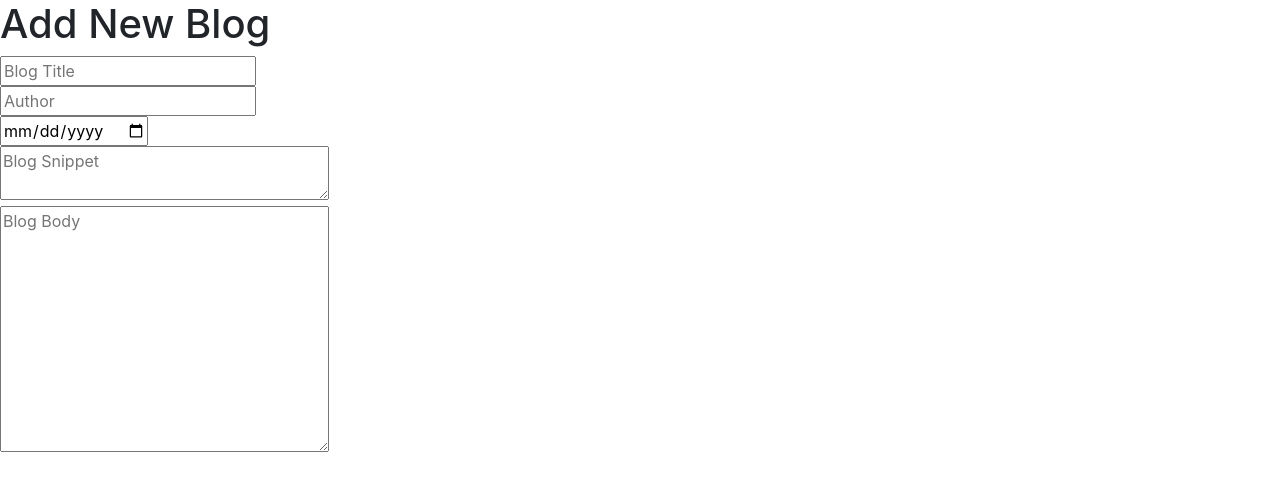
Repository: just-mann/just-blog
Page: http://localhost/add-blog
The author's editor kept a copy of each file at every save. The page is drawn from the files as they stood at one save, then again after the next save.
The browser window is 1280 px wide. The pictures show the whole page.
The page is served by the project's Node server (index.js).

Above is the page before, as saved 2022-01-29 12:10:52.

### views/add-blog.ejs
<!doctype html>
<html lang="en">
  <head>
    <title>Add New Blog</title>
    <!-- Required meta tags -->
    <meta charset="utf-8">
    <meta name="viewport" content="width=device-width, initial-scale=1, shrink-to-fit=no">

    <!-- Bootstrap CSS -->
    <link rel="stylesheet" href="https://stackpath.bootstrapcdn.com/bootstrap/4.3.1/css/bootstrap.min.css" integrity="sha384-ggOyR0iXCbMQv3Xipma34MD+dH/1fQ784/j6cY/iJTQUOhcWr7x9JvoRxT2MZw1T" crossorigin="anonymous">
  </head>
  <body>
    <div>
      <h1>Add New Blog</h1>
      <form action="/add-new-blog" method="POST">
        <div class="titleDiv">
          <input type="text" name="title" class="blog-title" placeholder="Blog Title">
        </div>
        <div class="authorDiv">
          <input type="text" name="title" class="blog-author" placeholder="Author">
        </div>
        <div class="dateDiv">
          <input type="date" name="date" class="blog-date">
        </div>
        <div class="snippetDiv">
          <textarea name="blog-snippet" id="blog-snippet" cols="30" rows="2" class="blog-snippet" placeholder="Blog Snippet"></textarea>
        </div>
        <div>
          <textarea name="blog-body" id="blog-body" cols="30" rows="10" class="blog-body" placeholder="Blog Body"></textarea>
        </div>
      </form>
    </div>

    <!-- Optional JavaScript -->
    <!-- jQuery first, then Popper.js, then Bootstrap JS -->
    <script src="https://code.jquery.com/jquery-3.3.1.slim.min.js" integrity="sha384-q8i/X+965DzO0rT7abK41JStQIAqVgRVzpbzo5smXKp4YfRvH+8abtTE1Pi6jizo" crossorigin="anonymous"></script>
    <script src="https://cdnjs.cloudflare.com/ajax/libs/popper.js/1.14.7/umd/popper.min.js" integrity="sha384-UO2eT0CpHqdSJQ6hJty5KVphtPhzWj9WO1clHTMGa3JDZwrnQq4sF86dIHNDz0W1" crossorigin="anonymous"></script>
    <script src="https://stackpath.bootstrapcdn.com/bootstrap/4.3.1/js/bootstrap.min.js" integrity="sha384-JjSmVgyd0p3pXB1rRibZUAYoIIy6OrQ6VrjIEaFf/nJGzIxFDsf4x0xIM+B07jRM" crossorigin="anonymous"></script>
  </body>
</html>

### index.js
const express = require('express');
const cors = require('cors');
const bodyParser = require('body-parser');


const app = express();

// BodyParser to tidy up the input from the form
app.use(bodyParser.urlencoded({ extended: true }));

// Setting the view engine
app.set('view engine', 'ejs');




// Get all the blogs from the database
app.get('/api/blogs', cors(), (req, res) => {
    res.send('Server is running.');
})

// Render the form that let's you add a new blog
app.get('/add-blog', (req, res) => {
    res.render('add-blog');
})


// Add new blog to the database
app.post('/add-new-blog', (req, res) => {

})







const PORT = process.env.PORT || 5000;
app.listen(PORT, () => console.log(`Server is running on port ${PORT}`))

After the next save:
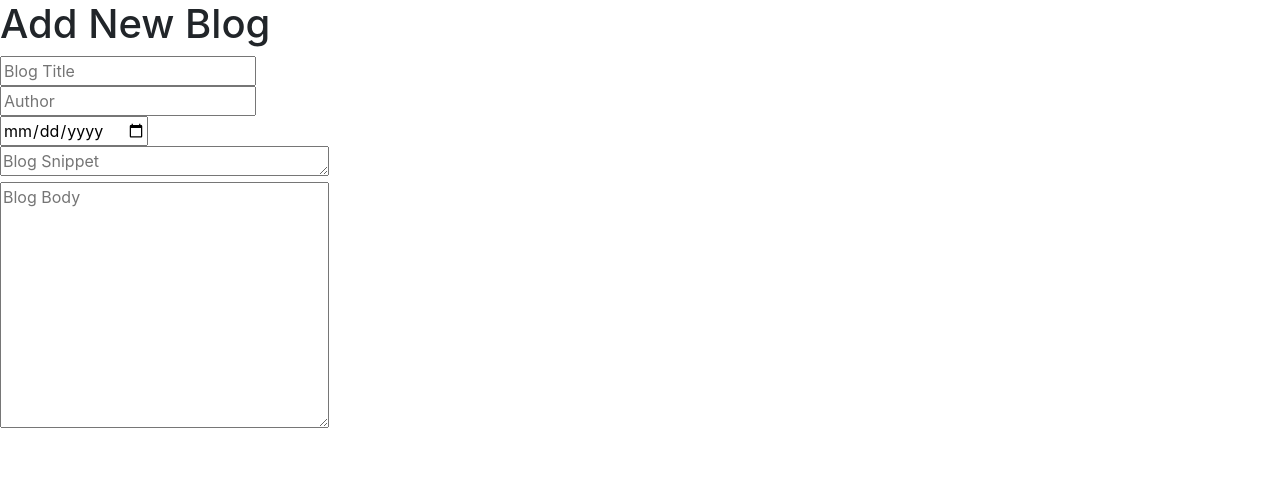
Saved 15 s later.
--- a/views/add-blog.ejs
+++ b/views/add-blog.ejs
@@ -23,7 +23,7 @@
           <input type="date" name="date" class="blog-date">
         </div>
         <div class="snippetDiv">
-          <textarea name="blog-snippet" id="blog-snippet" cols="30" rows="2" class="blog-snippet" placeholder="Blog Snippet"></textarea>
+          <textarea name="blog-snippet" id="blog-snippet" cols="30" rows="1.5" class="blog-snippet" placeholder="Blog Snippet"></textarea>
         </div>
         <div>
           <textarea name="blog-body" id="blog-body" cols="30" rows="10" class="blog-body" placeholder="Blog Body"></textarea>

After the save that followed:
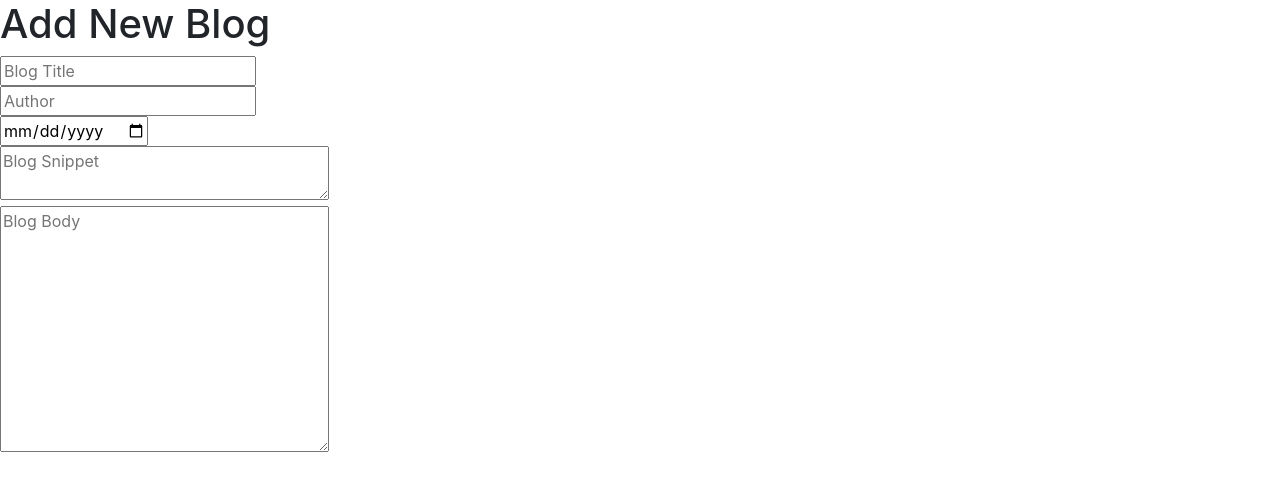
Saved 10 s later.
--- a/views/add-blog.ejs
+++ b/views/add-blog.ejs
@@ -23,7 +23,7 @@
           <input type="date" name="date" class="blog-date">
         </div>
         <div class="snippetDiv">
-          <textarea name="blog-snippet" id="blog-snippet" cols="30" rows="1.5" class="blog-snippet" placeholder="Blog Snippet"></textarea>
+          <textarea name="blog-snippet" id="blog-snippet" cols="30" rows="2.5" class="blog-snippet" placeholder="Blog Snippet"></textarea>
         </div>
         <div>
           <textarea name="blog-body" id="blog-body" cols="30" rows="10" class="blog-body" placeholder="Blog Body"></textarea>
